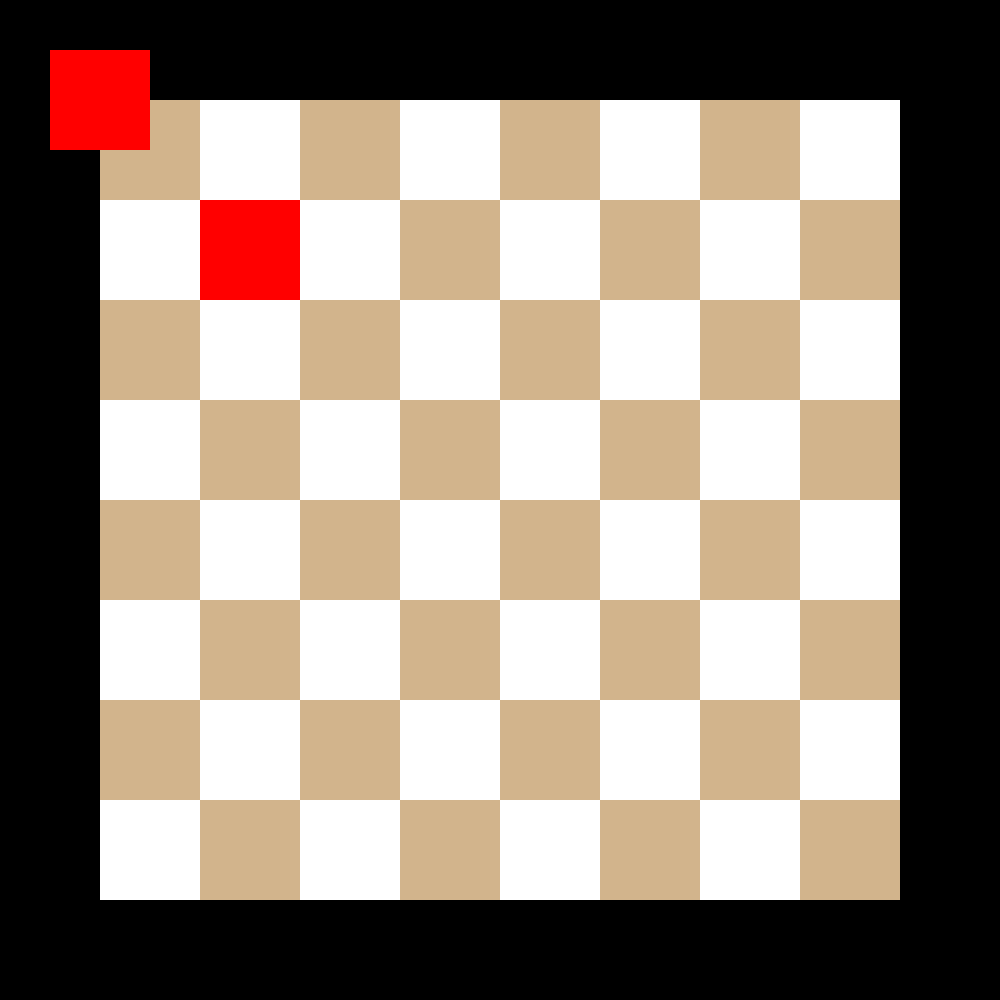
Repository: a-longe/capstone
Script's output: python engine/drag_n_drop_test.py
The author's editor kept a copy of each file at every save. The script's output is drawn from the files as they stood at one save, then again after the next save.
The window is shown after at most 60 frames with no key pressed. Random numbers start from a fixed seed.

Above is the script's output before, as saved 2023-12-10 12:38:22.

After the next save:
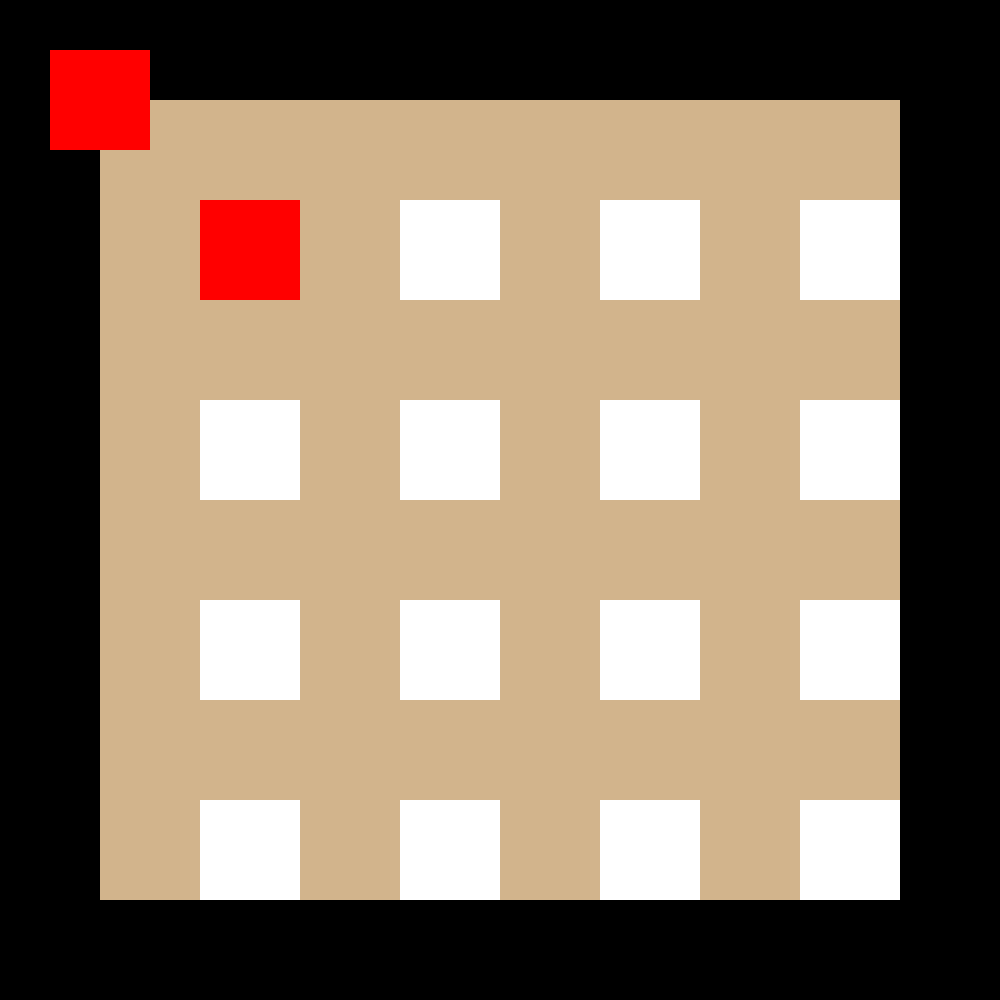
Saved 20 h 38 min later.
--- a/engine/drag_n_drop_test.py
+++ b/engine/drag_n_drop_test.py
@@ -112,11 +112,7 @@ class Board:
             column = y / 100
             rect = pg.Rect([x, y, 100, 100])
             image = pg.Surface(rect.size).convert()
-            if is_odd(row) and is_odd(column):
-                black_square(self.surface, image, rect)
-            elif is_odd(row) and is_even(column):
-                white_square(self.surface, image, rect)
-            elif is_even(row) and is_even(column):
+            if is_odd(row) | is_odd(column):
                 black_square(self.surface, image, rect)
             else:
                 white_square(self.surface, image, rect)
@@ -143,10 +139,13 @@ def game_event_loop(Board):
                 # The event positions is the mouse coordinates
                 if player.rect.collidepoint(event.pos):
                     player.click = True
+                    # store current cords
         elif event.type == pg.MOUSEBUTTONUP:
             for player in Board.get_players():
                 if player.click:
+                    # if valid location and is legal move()
                     player.snap_to_square()
+                    # else set cords to last square
                 player.click = False
         elif event.type == pg.QUIT:
             pg.quit()
